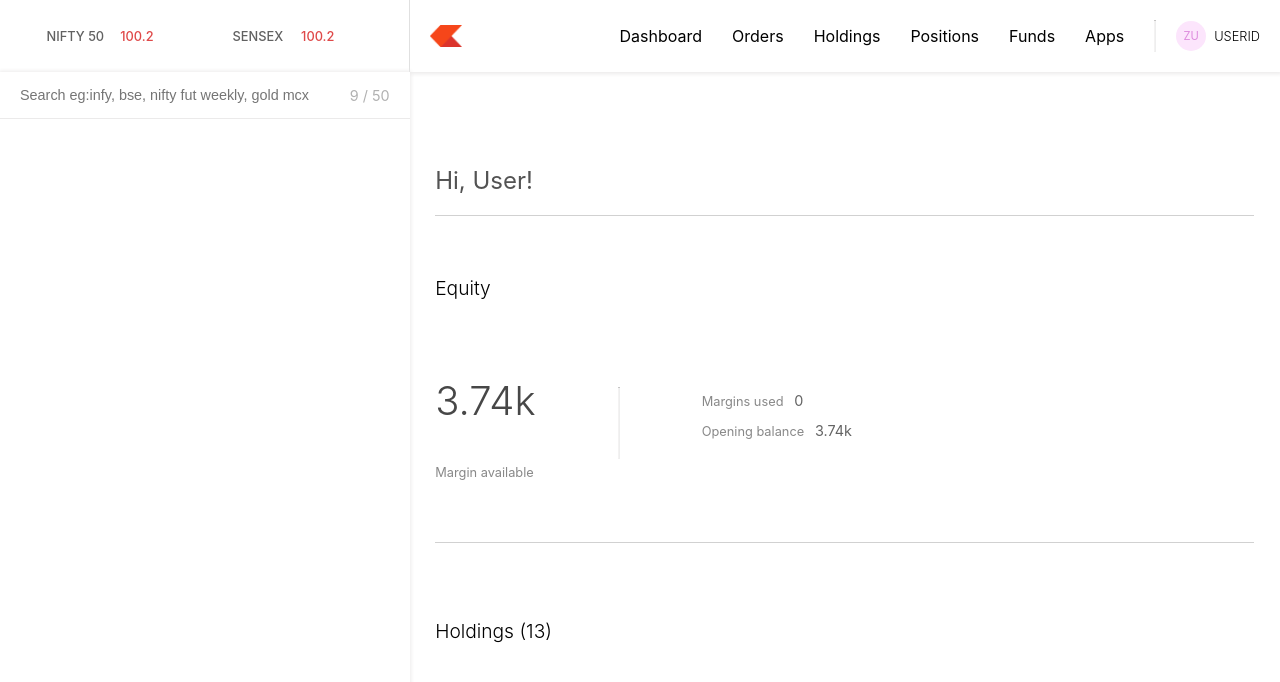
Repository: rushikesh-kolpe21/zerodha_4
Page: / (app in dashboard/)
An editor plug-in stored every save of this project. The page is shown before and after a run of saves, followed by the edit.
The browser window is 1280 px wide. The pictures show the whole page.
An inner scrolling area shows only its first screen. The project was rebuilt for these pictures with package versions that can differ from the ones it lists, and the page was loaded fresh each time. Also part of the build but not shown: dashboard/vite.config.js, dashboard/src/components/Apps.jsx, dashboard/src/components/Funds.jsx, dashboard/src/components/Holdings.jsx, dashboard/src/components/Orders.jsx, dashboard/src/components/Positions.jsx.

Above is the page before, as saved 2025-03-24 23:17:15.

### dashboard/src/App.jsx

import React from "react";
// import ReactDOM from "react-dom/client";
import { BrowserRouter, Route, Routes } from "react-router-dom";
// import "./index.css";
import Home from "./components/Home";

function App() {
  return (
    <>
      <BrowserRouter>
        <Routes>
          <Route path="/*" element={<Home />} />
        </Routes>
      </BrowserRouter>
    </>
  );
}

export default App;

### dashboard/src/components/Home.jsx
import React from 'react'
import TopBar from './TopBar'
import Dashboard from './Dashboard'

function Home() {
  return (
  <>
  <TopBar/>
  <Dashboard/>
  </>
  )
}

export default Home

### dashboard/src/components/Dashboard.jsx
import React from "react";
import { Route, Routes } from "react-router-dom";

import Apps from "./Apps";
import Funds from "./Funds";
import Holdings from "./Holdings";

import Orders from "./Orders";
import Positions from "./Positions";
import Summary from "./Summary";
import WatchList from "./WatchList";
// import { GeneralContextProvider } from "./GeneralContext";

const Dashboard = () => {
  return (
    <div className="dashboard-container">


        <WatchList />

      <div className="content">
        <Routes>
          <Route exact path="/" element={<Summary />} />
          <Route path="/orders" element={<Orders />} />
          <Route path="/holdings" element={<Holdings />} />
          <Route path="/positions" element={<Positions />} />
          <Route path="/funds" element={<Funds />} />
          <Route path="/apps" element={<Apps />} />
        </Routes>
      </div>
    </div>
  );
};

export default Dashboard;

### dashboard/src/components/Menu.jsx
import React, { useState } from "react";

const Menu = () => {
  const [selectedMenu, setSelectedMenu] = useState(0);
  const [isProfileDropdownOpen, setIsProfileDropdownOpen ] = useState(false);

  const handleMenuClick = (index) => {
    setSelectedMenu(index);
  }

  const handleProfileClick = (index) => {
    setIsProfileDropdownOpen(!isProfileDropdownOpen)
  };


  return (
    <div className="menu-container">
      <img src="logo.png" style={{ width: "32px" }} />
      <div className="menus">
        <ul>
          <li>
            <p>Dashboard</p>
          </li>
          <li>
            <p>Orders</p>
          </li>
          <li>
            <p>Holdings</p>
          </li>
          <li>
            <p>Positions</p>
          </li>
          <li>
            <p>Funds</p>
          </li>
          <li>
            <p>Apps</p>
          </li>
        </ul>
        <hr />
        <div className="profile" onClick={handleProfileClick}>
          <div className="avatar">ZU</div>
          <p className="username">USERID</p>
        </div>
      </div>
    </div>
  );
};

export default Menu;

### dashboard/src/components/Summary.jsx
import React from "react";

const Summary = () => {
  return (
    <>
      <div className="username">
        <h6>Hi, User!</h6>
        <hr className="divider" />
      </div>

      <div className="section">
        <span>
          <p>Equity</p>
        </span>

        <div className="data">
          <div className="first">
            <h3>3.74k</h3>
            <p>Margin available</p>
          </div>
          <hr />

          <div className="second">
            <p>
              Margins used <span>0</span>{" "}
            </p>
            <p>
              Opening balance <span>3.74k</span>{" "}
            </p>
          </div>
        </div>
        <hr className="divider" />
      </div>

      <div className="section">
        <span>
          <p>Holdings (13)</p>
        </span>

        <div className="data">
          <div className="first">
            <h3 className="profit">
              1.55k <small>+5.20%</small>{" "}
            </h3>
            <p>P&L</p>
          </div>
          <hr />

          <div className="second">
            <p>
              Current Value <span>31.43k</span>{" "}
            </p>
            <p>
              Investment <span>29.88k</span>{" "}
            </p>
          </div>
        </div>
        <hr className="divider" />
      </div>
    </>
  );
};

export default Summary;

### dashboard/src/components/WatchList.jsx
import React from "react";

const WatchList = () => {
  return (
    <div className="watchlist-container">
      <div className="search-container">
        <input
          type="text"
          name="search"
          id="search"
          placeholder="Search eg:infy, bse, nifty fut weekly, gold mcx"
          className="search"
        />
        <span className="counts"> 9 / 50</span>
      </div>

      <ul className="list"></ul>
    </div>
  );
};

export default WatchList;

Loaded but not shown: dashboard/index.html (common file); dashboard/src/main.jsx (common file); dashboard/src/index.css (common file); dashboard/src/components/TopBar.jsx (common file)

After the next 3 saves:
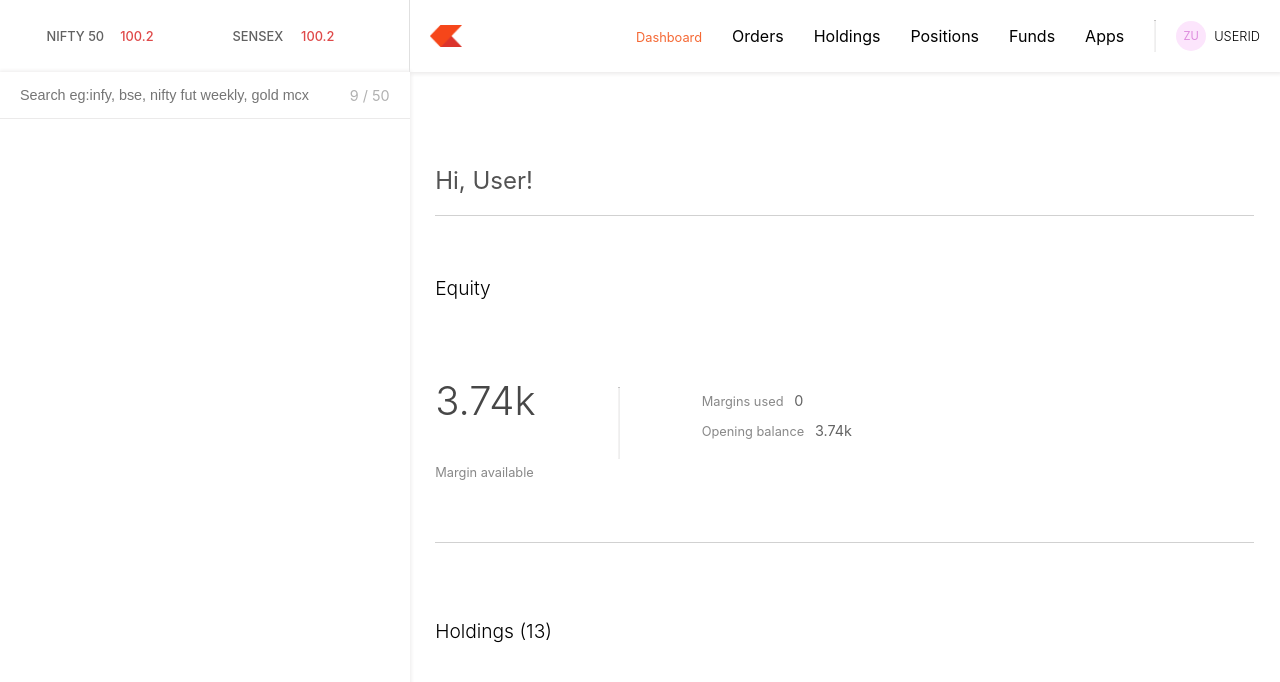
The 3 saves are shown as one change because 1 did not build or start and some came seconds apart.
The last was saved 119 min 3 s later.
--- a/dashboard/src/components/Menu.jsx
+++ b/dashboard/src/components/Menu.jsx
@@ -1,4 +1,5 @@
 import React, { useState } from "react";
+import { Link } from "react-router";
 
 const Menu = () => {
   const [selectedMenu, setSelectedMenu] = useState(0);
@@ -12,6 +13,8 @@
     setIsProfileDropdownOpen(!isProfileDropdownOpen)
   };
 
+    const menuClass = "menu";
+    const activeMenuClass = "menu selected";
 
   return (
     <div className="menu-container">
@@ -19,7 +22,12 @@
       <div className="menus">
         <ul>
           <li>
-            <p>Dashboard</p>
+           <Link style={{textDecoration:"none"}}
+           to="/"
+           onClick={() => handleMenuClick(0)}
+           >
+            <p className={selectedMenu===0 ? activeMenuClass : menuClass}>Dashboard</p>
+           </Link>
           </li>
           <li>
             <p>Orders</p>
